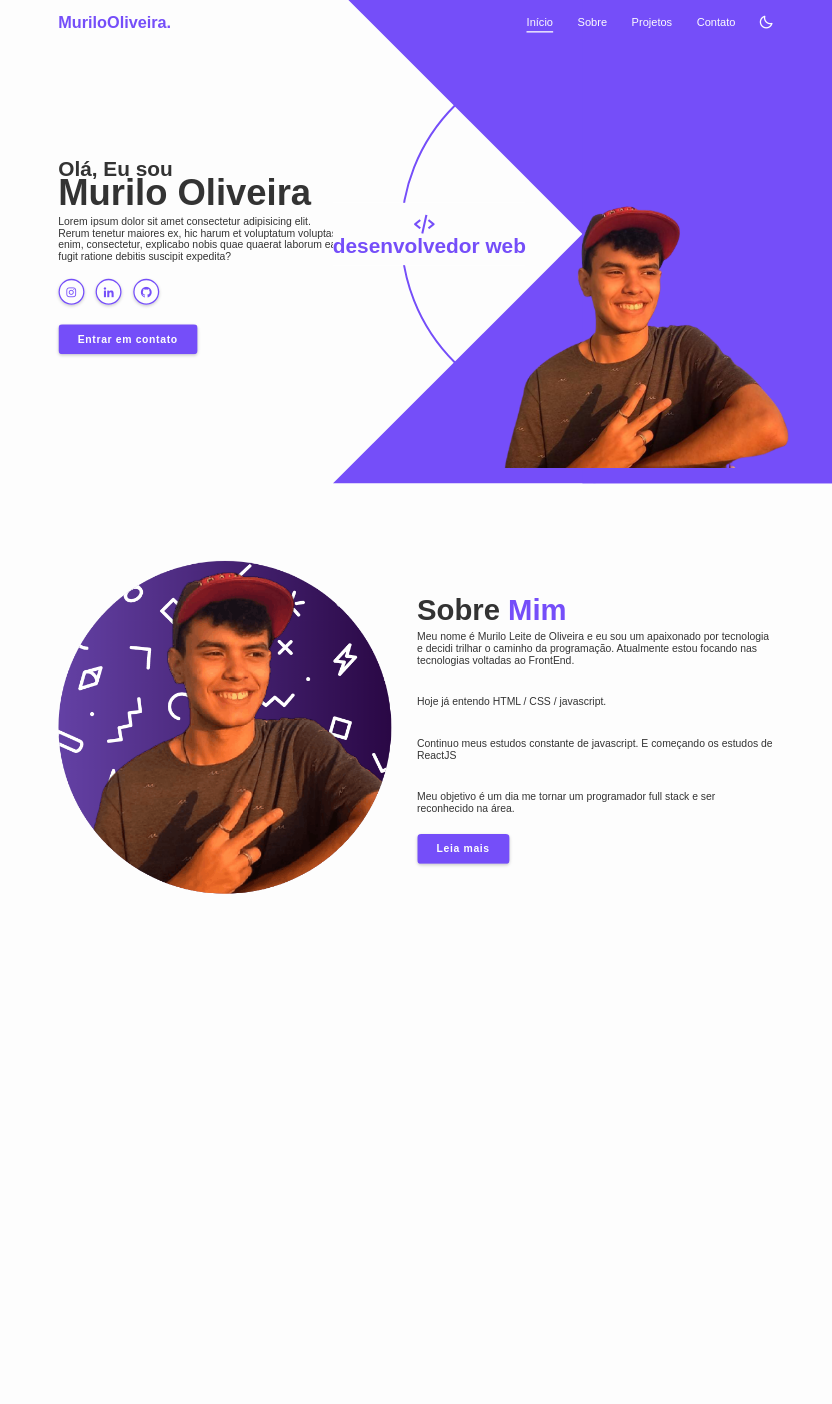
Repository: devMuriloOliveira/Portfolio-
Page: index.html
The author's editor kept a copy of each file at every save. The page is drawn from the files as they stood at one save, then again after the next save.
The browser window is 1280 px wide. The pictures show the whole page, at 65% of full size.

Above is the page before, as saved 2023-03-11 17:49:56.

### index.html
<!DOCTYPE html>
<html lang="en">
  <head>
    <meta charset="UTF-8" />
    <meta http-equiv="X-UA-Compatible" content="IE=edge" />
    <meta name="viewport" content="width=device-width, initial-scale=1.0" />
    <title>Murilo Oliveira</title>

    <!--box icons-->
    <link
      href="https://unpkg.com/boxicons@2.1.4/css/boxicons.min.css"
      rel="stylesheet"
    />

    <!--font-->
    <link
      rel="stylesheet"
      href="https://fonts.googleapis.com/css2?family=Material+Symbols+Outlined:opsz,wght,FILL,GRAD@20..48,100..700,0..1,-50..200"
    />

    <!--css-->
    <link rel="stylesheet" href="style.css" />
  </head>
  <body>
    <header class="header">
      <a class="logo" href="#">Murilo<span>Oliveira</span>.</a>

      <nav class="navbar">
        <a href="#inicio" class="active">Início</a>
        <a href="#sobre">Sobre</a>
        <a href="#projetos">Projetos</a>
        <a href="#contato">Contato</a>
      </nav>

      <div class="bx bx bx-moon" id="darkMode-icon"></div>
    </header>

    <!------------inicio------------>

    <section class="inicio" id="inicio">
      <div class="inicio-content">
        <h3>Olá, Eu sou</h3>
        <h1>Murilo Oliveira</h1>
        <p>
          Lorem ipsum dolor sit amet consectetur adipisicing elit. Rerum tenetur
          maiores ex, hic harum et voluptatum voluptas enim, consectetur,
          explicabo nobis quae quaerat laborum ea fugit ratione debitis suscipit
          expedita?
        </p>

        <div class="social-media">
          <a href="#"><i class="bx bxl-instagram"></i></a>
          <a href="#"><i class="bx bxl-linkedin"></i></a>
          <a href="#"><i class="bx bxl-github"></i></a>
        </div>

        <a href="#" class="btn">Entrar em contato</a>
      </div>

      <div class="profession-container">
        <div class="profession-box">
          <div class="profession" style="--i: 0">
            <i class="bx bx-code-alt"></i>
            <h3>desenvolvedor web</h3>
          </div>
          <div class="profession" style="--i: 1">
            <i class="bx bx-code-alt"></i>
            <h3>desenvolvedor web</h3>
          </div>
          <div class="profession" style="--i: 2">
            <i class="bx bx-code-alt"></i>
            <h3>desenvolvedor web</h3>
          </div>
          <div class="profession" style="--i: 3">
            <i class="bx bx-code-alt"></i>
            <h3>desenvolvedor web</h3>
          </div>
          <div class="circle"></div>
        </div>

        <div class="overlay"></div>
      </div>

      <div class="inicio-img">
        <img src="assets/homem_sorrindo-removebg-preview.png" alt="" />
      </div>
    </section>

    <!------------sobre------------>

    <section class="sobre" id="sobre">
      <div class="sobre-img">
        <img src="/assets/profile-pic (4).png" alt="" />
      </div>

      <div class="sobre-content">
        <h2 class="heading">Sobre <span>Mim</span></h2>

        <p>
          Meu nome é Murilo Leite de Oliveira e eu sou um apaixonado por
          tecnologia e decidi trilhar o caminho da programação. Atualmente estou
          focando nas tecnologias voltadas ao FrontEnd.
        </p>
        <br />
        <p>Hoje já entendo HTML / CSS / javascript.</p>
        <br />
        <p>
          Continuo meus estudos constante de javascript. E começando os estudos
          de ReactJS
        </p>
        <br />
        <p>
          Meu objetivo é um dia me tornar um programador full stack e ser
          reconhecido na área.
        </p>

        <a href="#" class="btn">Leia mais</a>
      </div>
    </section>

    <!------------projetos------------>

    <section class="projetos" id="projetos"></section>

    <script src="/main.js"></script>
  </body>
</html>

### style.css
*{
  margin: 0;
  padding: 0;
  box-sizing: border-box;
  text-decoration: none;
  border: none;
  outline: none;
  scroll-behavior: smooth;
  font-family: 'Poppins', sans-serif;
}

:root{
  --bg-color: #fdfdfd;
  --text-color: #333;
  --main-color: #754ef9;
  --white-color: #fdfdfd;
  --shadow-color: rgba(0, 0, 0, .2);
}

html{
  font-size: 62.5%;
  overflow-x: hidden;
}

body{
  background: var(--bg-color);
  color: var(--text-color);
}

.header{
  position: fixed;
  top: 0;
  left: 0;
  width: 100%;
  padding: 2rem 7%;
  background: transparent;
  display: flex;
  align-items: center;
  z-index: 100;
  transition: .5s;
}

.sticky{
  background: var(--bg-color);
  box-shadow: 0 .1rem 1rem var(--shadow-color);
}

.logo{
  font-size: 2.5rem;
  color: var(--main-color);
  font-weight: 600;
  cursor: default;
  margin-right: auto;
}

.navbar a{
  position: relative;
  font-size: 1.7rem;
  color: var(--white-color);
  font-weight: 500;
  margin-right: 3.5rem;
}

 .sticky .navbar a{
  color: var(--text-color);
}

 .sticky .navbar a.active{
  color: var(--main-color);
}


.navbar a.active::before{
  content: '';
  position: absolute;
  left: 0;
  bottom: -6px;
  width: 100%;
  height: .2rem;
  background: var(--white-color);
}

  .sticky .navbar a::before{
  background: var(--main-color);
  opacity: .7;
}


#darkMode-icon{
  font-size: 2.4rem;
  color: var(--white-color);
  cursor: pointer;
}

.sticky #darkMode-icon{
  color: var(--text-color);
  opacity: .9;
}

section{
  min-height: 100vh;
  padding: 10rem 7% 2rem;
}

.inicio{
  display: flex;
  align-items: center;
}

.inicio .inicio-content{
  max-width: 44rem;
}

.inicio-content h3{
  font-size: 3.2rem;
  font-weight: 700;
  line-height: .3;
}

.inicio-content h1{
  font-size: 5.6rem;
  font-weight: 700;
  margin-bottom: .3rem;
}

.inicio-content p{
  font-size: 1.6rem;
}

.inicio-content .social-media a{
  display: inline-flex;
  justify-content: center;
  align-items: center;
  width: 4rem;
  height: 4rem;
  background: transparent;
  border: .2rem solid var(--main-color);
  border-radius: 50%;
  box-shadow: 0 .2rem .5rem var(--shadow-color);
  font-size: 2rem;
  color: var(--main-color);
  margin: 2.5rem 1.5rem 3rem 0;
  transition: .5s ease;
}

.inicio-content .social-media a:hover{
  background: var(--main-color);
  color: var(--white-color);
}

.btn{
  display: inline-block;
  padding: 1.2rem 2.8rem;
  background: var(--main-color);
  border-radius: .6rem;
  box-shadow: 0 .2rem .5rem var(--shadow-color);
  font-size: 1.6rem;
  color: var(--white-color);
  letter-spacing: .1rem;
  font-weight: 600;
  border: .2rem solid transparent;
  transition: .5s ease;
}

.btn:hover{
  background: transparent;
  color: var(--main-color);
  border-color: var(--main-color);
}

.inicio .profession-container{
  position: absolute;
  top: 50%;
  right: 0;
  transform: translateY(-50%);
  width: 768px;
  height: 768px;

  overflow: hidden;
  pointer-events: none;
}

.inicio .profession-container .profession-box{
  position: absolute;
  top: 0;
  right: 0;
  width: 768px;
  height: 768px;
  border-radius: 50%;
  display: flex;
  justify-content: center;
  align-items: center;
}

.inicio .profession-box .profession{
  position: absolute;
  left: 0;
  display: flex;
  align-items: center;
  flex-direction: column;
  color: var(--main-color);
  transform: rotate(calc(360deg / 4 * var(--i)));
  transform-origin: 384px;
  background: var(--bg-color);
  padding: 13px 0;
}

.inicio .profession-box .profession:nth-child(1) i {
  margin-right: 15px;
}

.inicio .profession-box .profession:nth-child(2),
.inicio .profession-box .profession:nth-child(4) {
  padding-bottom: 20px;
}

.inicio .profession i{
  font-size: 3.8rem;
}

.inicio .profession h3{
  font-size: 3.2rem;
  line-height: 1;
  font-weight: 600;
}

.inicio .profession-box .circle{
  width: 560px;
  height: 560px;

  border: 3px solid var(--main-color);
  border-radius: 50%;
}

.inicio .profession-container .overlay{
  position: absolute;
  top: 0;
  right: 0;
  width: 0;
  height: 0;
  border-top: 384px solid var(--main-color);
  border-right: 384px solid var(--main-color);
  border-bottom: 384px solid var(--main-color);
  border-left: 384px solid transparent;

}

.inicio-img img{
  position: absolute;
  bottom: 0;
  right: 0;
  width: 50%;
  pointer-events: none;
}

span{
  color: var(--main-color);
}

.sobre{
  display: flex;
  justify-content: center;
  align-items: center;
  gap: 4rem;
}

.sobre-img img{
  width: 40vw;
}

.heading{
  font-size: 4.5rem;
  text-align: center;
}

.sobre-content h2{
  text-align: left;
  line-height: 1.2;
}

.sobre-content p{
  font-size: 1.6rem;
  margin: .5rem 0 3rem;
}

### main.js
window.addEventListener('scroll', function () {
  const header = document.querySelector('.header')
  header.classList.toggle('sticky', window.scrollY > 100)
})

/*window.onscroll = () => {
  let header = document.querySelector('.header')

  header.classList.toggle('sticky', window.scrollY > 100)
}*/

After the next save:
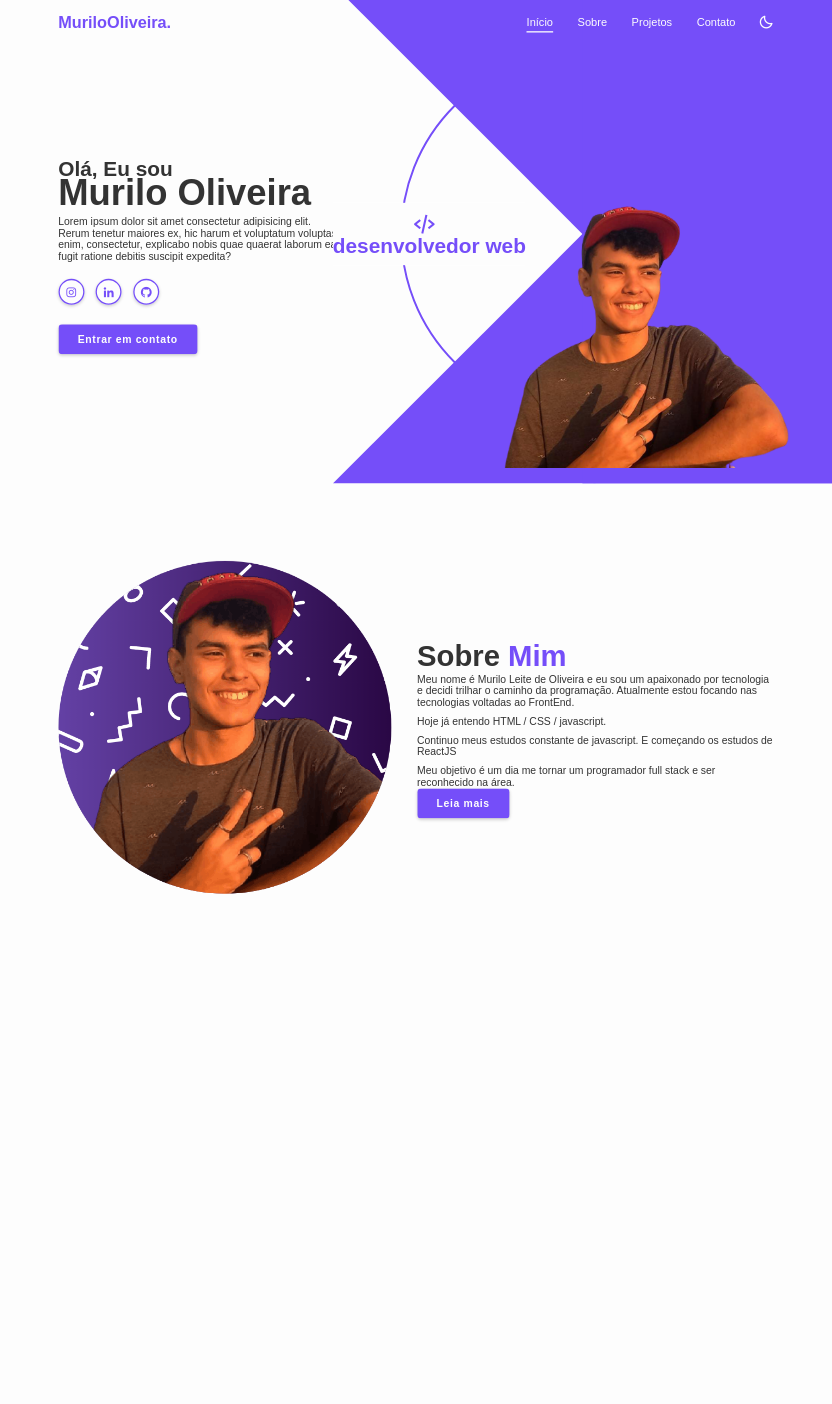
Saved 113 s later.
--- a/style.css
+++ b/style.css
@@ -280,5 +280,5 @@ span{
 
 .sobre-content p{
   font-size: 1.6rem;
-  margin: .5rem 0 3rem;
-}
+
+}

After the save that followed:
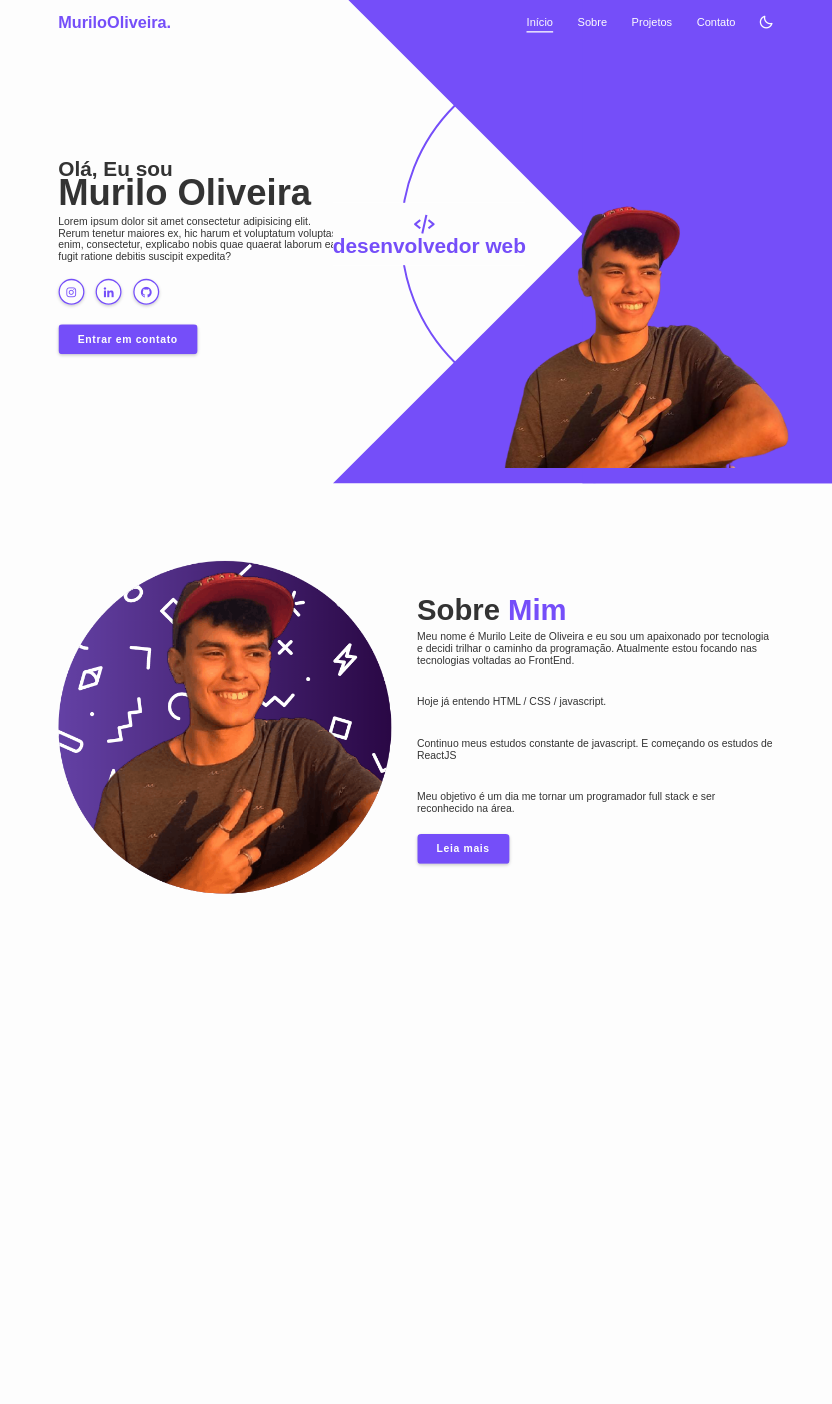
Saved 9 s later.
--- a/style.css
+++ b/style.css
@@ -280,5 +280,5 @@ span{
 
 .sobre-content p{
   font-size: 1.6rem;
-
-}
+  margin: .5rem 0 3rem;
+}
